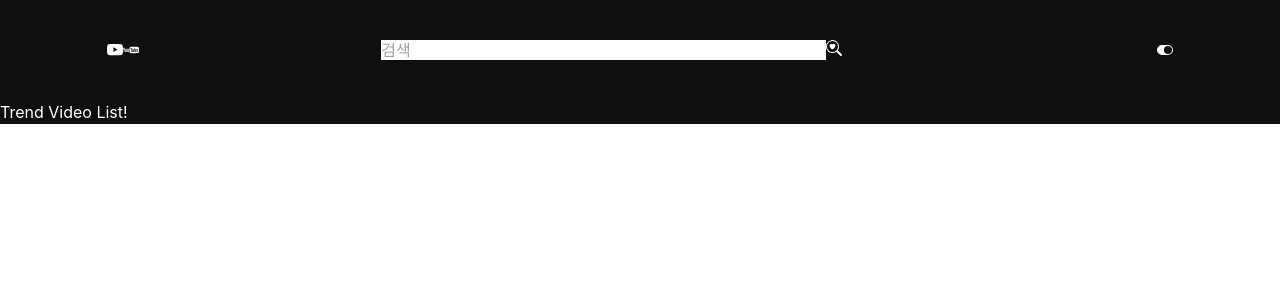
Repository: dnjfht/self-youtube
Page: /
These files come from the project's save history. The page is drawn as it stood at one moment and after the next save; the edit follows.
The browser window is 1280 px wide. The pictures show the whole page.
The project was rebuilt for these pictures with package versions that can differ from the ones it lists, and the page was loaded fresh each time. Also part of the build but not shown: src/page/Detail.jsx, src/page/NotFoundPage.jsx.

Above is the page before, as saved 2023-06-23 15:30:59.

After the next save:
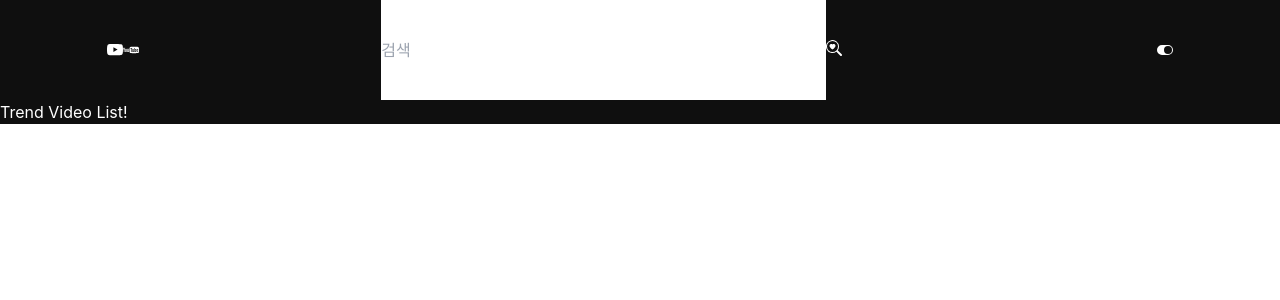
Saved 9 s later.
--- a/src/components/Navbar.jsx
+++ b/src/components/Navbar.jsx
@@ -29,7 +29,7 @@
         </div>
 
         <form
-          className="w-6/12"
+          className="w-6/12 h-[100%]"
           onSubmit={(e) => {
             e.preventDefault();
             navigate(`/videos/${text}`);
